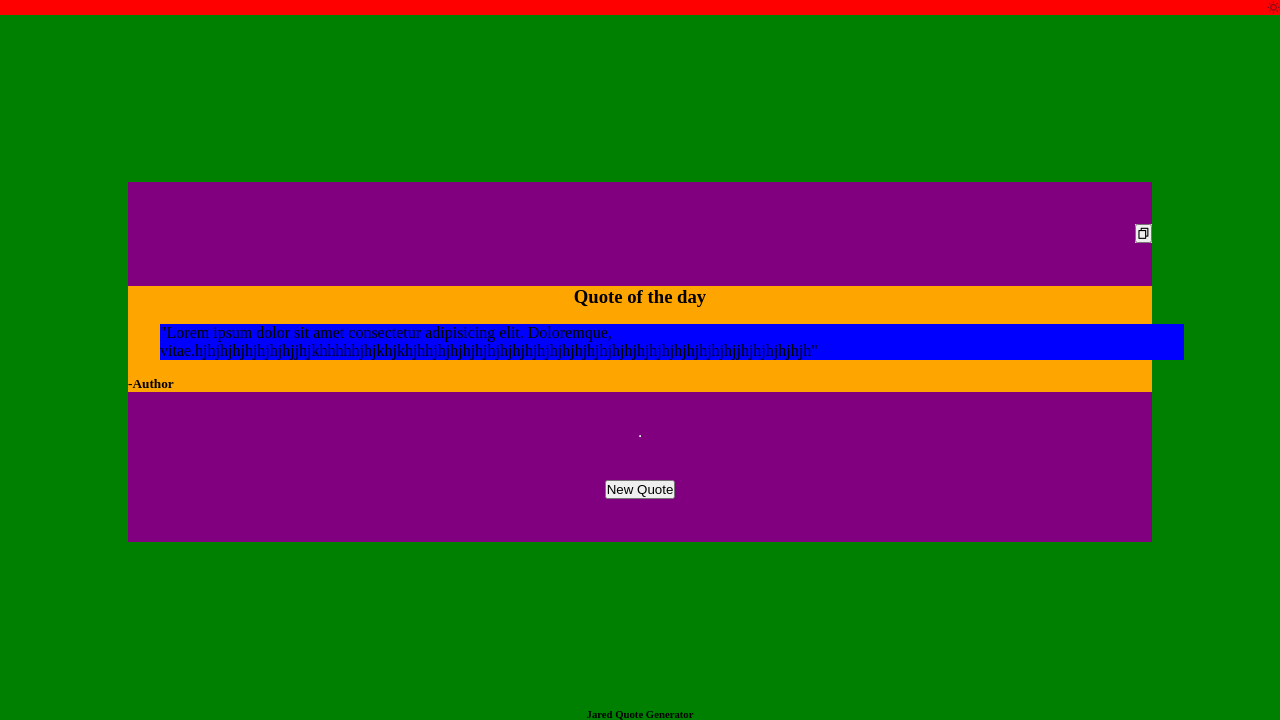
Repository: EguJaredoBoyd/Jared-Quote-Generator
Page: html/main.html
These files come from the project's save history. The page is drawn as it stood at one moment and after the next save; the edit follows.
The browser window is 1280 px wide. The pictures show the whole page.
Some web libraries are served in a nearby version.

Above is the page before, as saved 2026-01-09 00:59:07.

After the next save:
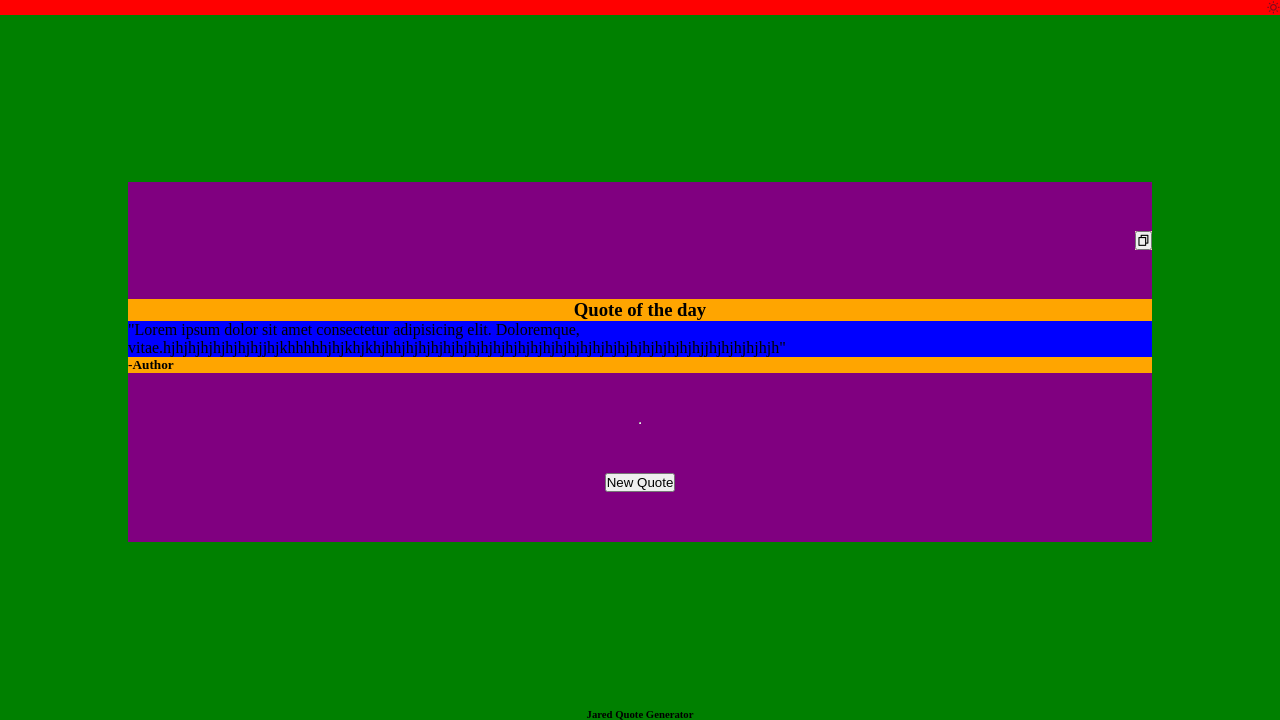
Saved 24 s later.
--- a/css/style.css
+++ b/css/style.css
@@ -71,7 +71,6 @@ header button {
 
 .quote-container__quotes p {
   background-color: blue;
-  margin: 1rem 2rem;
-  width: 100%;
+  max-width: 100%;
   text-justify: center;
 }
